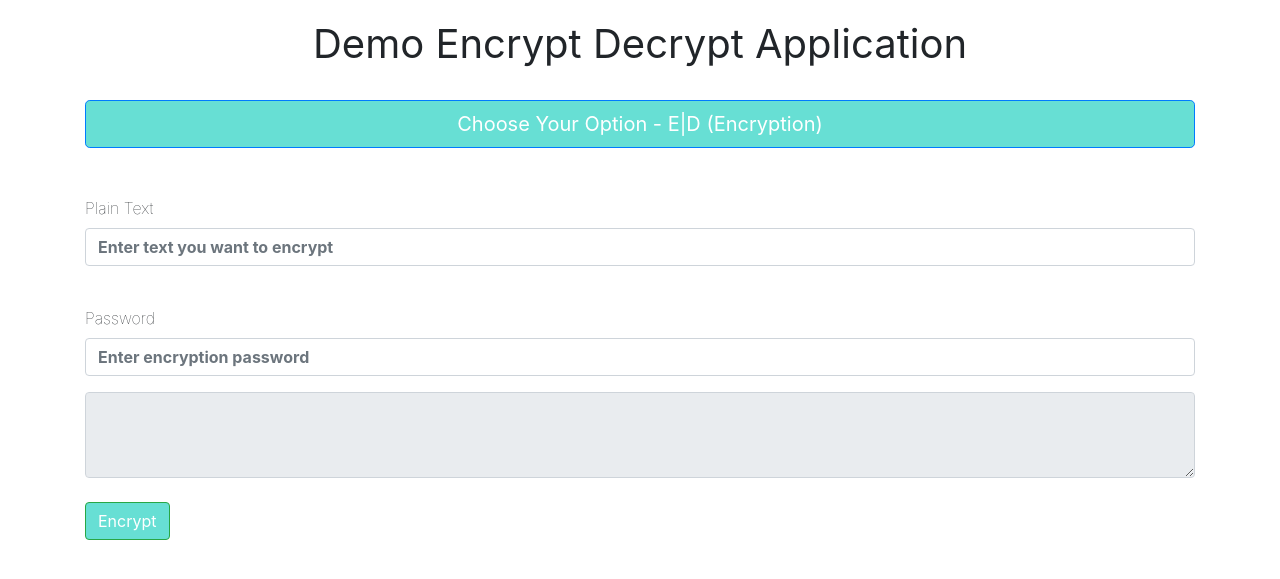
Repository: beardbytes/EncDecrypt
Page: / (app in EncryptDecrypt/)
An editor plug-in stored every save of this project. The page is shown before and after the next save, followed by the edit.
The browser window is 1280 px wide. The pictures show the whole page.
The project was rebuilt for these pictures with package versions that can differ from the ones it lists, and the page was loaded fresh each time. Also part of the build but not shown: EncryptDecrypt/angular.json.

Above is the page before, as saved 2020-08-15 16:11:34.

### EncryptDecrypt/src/index.html
<html>

<head>
  <meta charset="utf-8">
  <title>Demo Encrypt Decrypt App</title>
  <base href="/DemoApp">
  <meta name="viewport" content="width=device-width, initial-scale=1">
  <link rel="icon" type="image/x-icon" href="favicon.ico">
  <link rel="stylesheet" href="https://stackpath.bootstrapcdn.com/bootstrap/4.1.3/css/bootstrap.min.css" integrity="sha384-MCw98/SFnGE8fJT3GXwEOngsV7Zt27NXFoaoApmYm81iuXoPkFOJwJ8ERdknLPMO" crossorigin="anonymous">
</head>

  <body>
  <my-app>loading</my-app>
  <app-root></app-root>
  <script src="https://code.jquery.com/jquery-3.3.1.slim.min.js" integrity="sha384-q8i/X+965DzO0rT7abK41JStQIAqVgRVzpbzo5smXKp4YfRvH+8abtTE1Pi6jizo" crossorigin="anonymous"></script>
  <script src="https://cdnjs.cloudflare.com/ajax/libs/popper.js/1.14.3/umd/popper.min.js" integrity="sha384-ZMP7rVo3mIykV+2+9J3UJ46jBk0WLaUAdn689aCwoqbBJiSnjAK/l8WvCWPIPm49" crossorigin="anonymous"></script>
  <script src="https://stackpath.bootstrapcdn.com/bootstrap/4.1.3/js/bootstrap.min.js" integrity="sha384-ChfqqxuZUCnJSK3+MXmPNIyE6ZbWh2IMqE241rYiqJxyMiZ6OW/JmZQ5stwEULTy" crossorigin="anonymous"></script>
  </body>
</html>

### EncryptDecrypt/src/styles.css
/* Add application styles & imports to this file! */
body{
    padding: 20px;
  }
  /* You can add global styles to this file, and also import other style files */
.form-group>input{
  font-weight: bolder;
}
.form-group>label{
  font-weight: lighter;
}

button[type="button"]{
  background-color: #67dfd4;
  color: #fff;

}
.jumbotron{
  background-color: #fff;
  padding-top: 32px;
}

table tr:hover{
  cursor: pointer;
}

input.ng-touched.ng-invalid{
  border-color: #dc3545;
}
div.validation-error{
  width: 100%;
  margin-top: .25rem;
  font-size: 80%;
  color: #dc3545;
}
@import '~bootstrap/dist/css/bootstrap.min.css';

### EncryptDecrypt/src/polyfills.ts
/**
 * This file includes polyfills needed by Angular and is loaded before the app.
 * You can add your own extra polyfills to this file.
 *
 * This file is divided into 2 sections:
 *   1. Browser polyfills. These are applied before loading ZoneJS and are sorted by browsers.
 *   2. Application imports. Files imported after ZoneJS that should be loaded before your main
 *      file.
 *
 * The current setup is for so-called "evergreen" browsers; the last versions of browsers that
 * automatically update themselves. This includes Safari >= 10, Chrome >= 55 (including Opera),
 * Edge >= 13 on the desktop, and iOS 10 and Chrome on mobile.
 *
 * Learn more in https://angular.io/docs/ts/latest/guide/browser-support.html
 */

/***************************************************************************************************
 * BROWSER POLYFILLS
 */

/** IE9, IE10 and IE11 requires all of the following polyfills. **/
// import 'core-js/es6/symbol';
// import 'core-js/es6/object';
// import 'core-js/es6/function';
// import 'core-js/es6/parse-int';
// import 'core-js/es6/parse-float';
// import 'core-js/es6/number';
// import 'core-js/es6/math';
// import 'core-js/es6/string';
// import 'core-js/es6/date';
// import 'core-js/es6/array';
// import 'core-js/es6/regexp';
// import 'core-js/es6/map';
// import 'core-js/es6/set';

/** IE10 and IE11 requires the following for NgClass support on SVG elements */
// import 'classlist.js';  // Run `npm install --save classlist.js`.

/** IE10 and IE11 requires the following to support `@angular/animation`. */
// import 'web-animations-js';  // Run `npm install --save web-animations-js`.


/** Evergreen browsers require these. **/

/** ALL Firefox browsers require the following to support `@angular/animation`. **/
// import 'web-animations-js';  // Run `npm install --save web-animations-js`.



/***************************************************************************************************
 * Zone JS is required by Angular itself.
 */
import 'zone.js/dist/zone';  // Included with Angular CLI.


/***************************************************************************************************
 * APPLICATION IMPORTS
 */

/**
 * Date, currency, decimal and percent pipes.
 * Needed for: All but Chrome, Firefox, Edge, IE11 and Safari 10
 */
// import 'intl';  // Run `npm install --save intl`.

### EncryptDecrypt/src/app/app.component.ts
import { Component } from '@angular/core';
import * as CryptoJS from 'crypto-js';

@Component({
  selector: 'my-app',
  templateUrl: './app.component.html',
  styleUrls: ['./app.component.css']
})
export class AppComponent {
  title = 'Demo App';
  encryptMode: boolean;
  textToConvert: string;
  password: string;
  conversionOutput: string;

  constructor() {
    this.encryptMode = true;
  }

  changeMode() {
    this.encryptMode = this.encryptMode ? false : true;
    this.textToConvert = "";
  }

  convertText() {
    if (this.textToConvert.trim() === "" || this.password.trim() === "") {
      this.conversionOutput = "Please fill the textboxes."
      return;
    }
    else {
      if (this.encryptMode) {
        this.conversionOutput = CryptoJS.AES.encrypt(this.textToConvert.trim(), this.password.trim()).toString();
      }
      else {
        this.conversionOutput = CryptoJS.AES.decrypt(this.textToConvert.trim(), this.password.trim()).toString(CryptoJS.enc.Utf8);
      }
    }
  }
}

### EncryptDecrypt/src/app/app.component.html
<h1 class="text-center">Demo Encrypt Decrypt Application</h1>

<br>
<div class="container">
<button
        type="button"
        class="btn btn-primary btn-lg btn-block"
        (click)="changeMode()">

        Choose Your Option - E|D ({{ encryptMode ? "Encryption" : "Decryption" }})

</button>

<br>
<br>

<div class="form-group">
  <label for="txtTextToConvert">{{ encryptMode ? "Plain" : "Encrypted" }} Text</label>
  <input
          type="text"
          class="form-control"
          id="txtTextToConvert"
          placeholder="Enter text you want to {{ encryptMode ? 'encrypt' : 'decrypt' }}"
          [(ngModel)]="textToConvert"
  >
</div>
<br>

<div class="form-group">
  <label for="txtPassword">Password</label>
  <input
          type="password"
          class="form-control"
          id="txtPassword"
          placeholder="Enter {{ encryptMode ? 'encryption' : 'decryption' }} password"
          [(ngModel)]="password"
  >
</div>

<textarea class="form-control" readonly rows="3">{{conversionOutput}}</textarea>

<br>

<button type="button" class="btn btn-success" (click)="convertText()">{{ encryptMode ? "Encrypt" : "Decrypt" }}</button>
</div>

### EncryptDecrypt/src/app/app.component.css
p {
    font-family: Lato;
    font-weight: normal;
  }
h1 {
    font-weight: normal; }

Loaded but not shown: EncryptDecrypt/src/main.ts (common file); EncryptDecrypt/src/app/app.module.ts (common file)

After the next save:
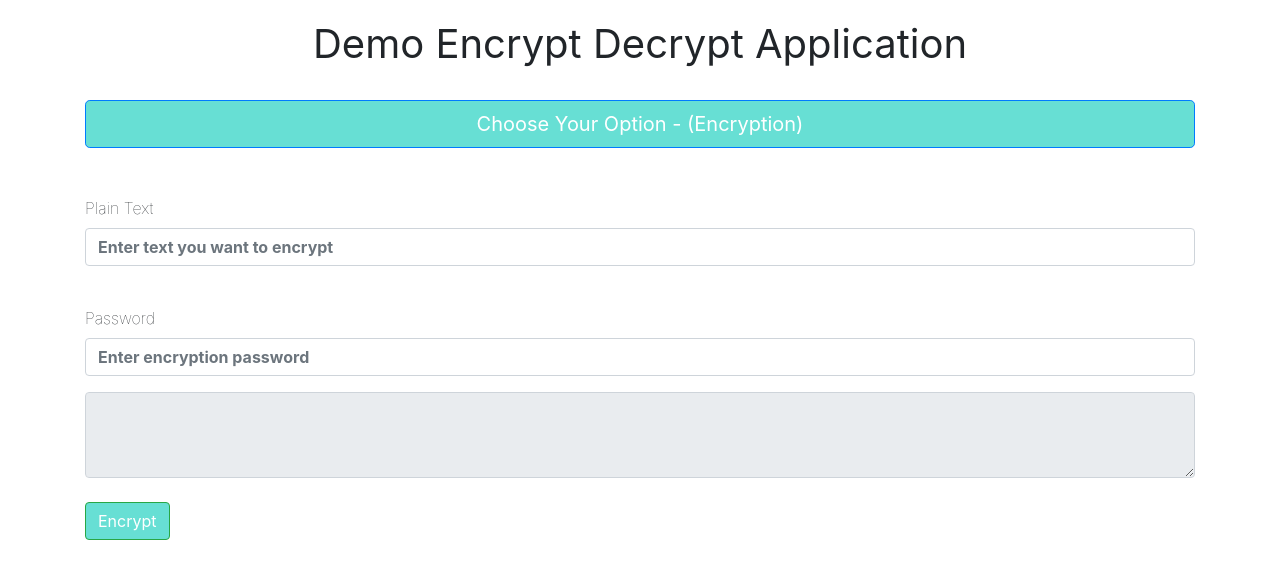
Saved 20 s later.
--- a/EncryptDecrypt/src/app/app.component.html
+++ b/EncryptDecrypt/src/app/app.component.html
@@ -7,7 +7,7 @@
         class="btn btn-primary btn-lg btn-block"
         (click)="changeMode()">
 
-        Choose Your Option - E|D ({{ encryptMode ? "Encryption" : "Decryption" }})
+        Choose Your Option - ({{ encryptMode ? "Encryption" : "Decryption" }})
 
 </button>
 
